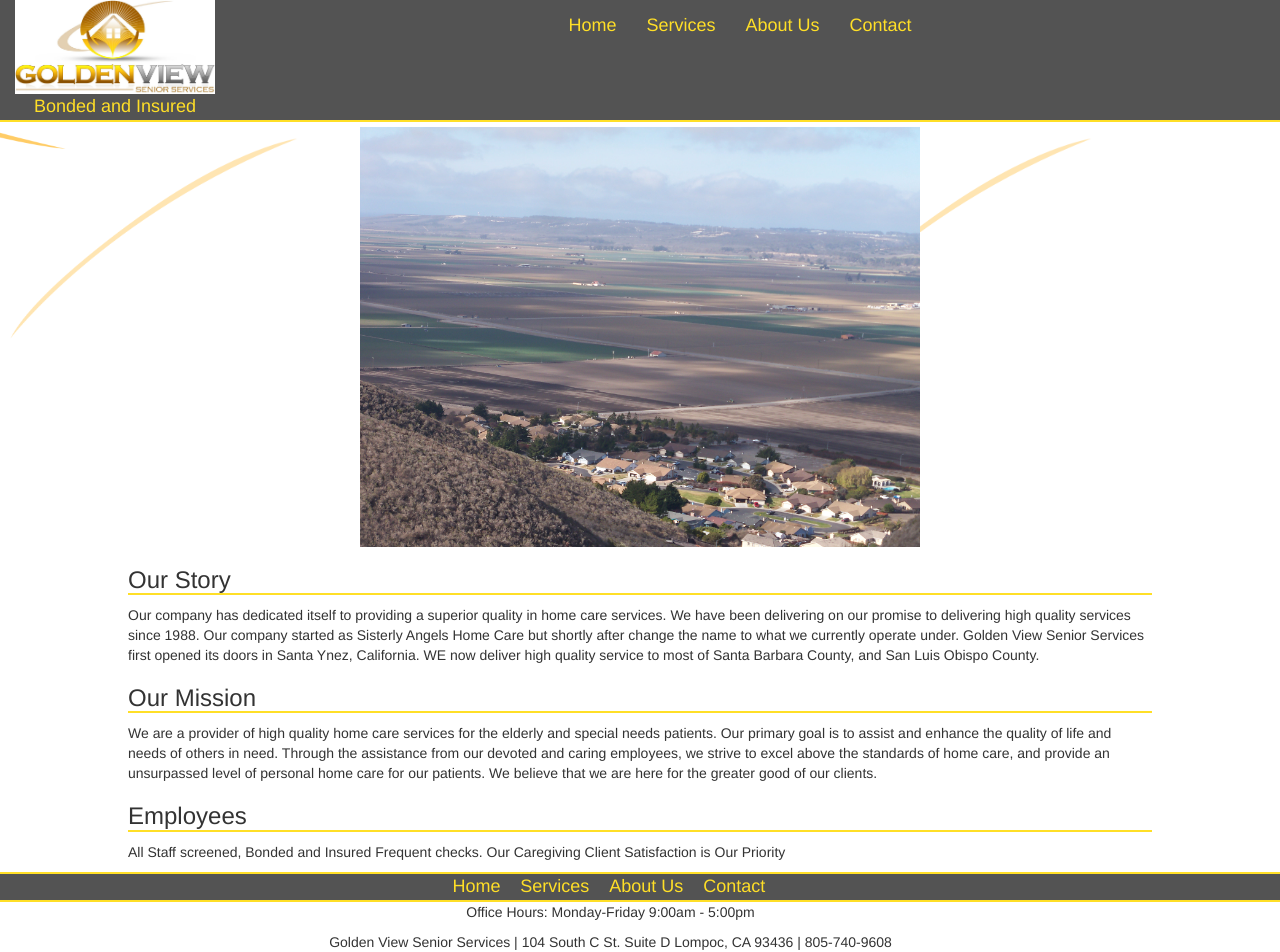
Repository: alprusa/GoldenViewWebsiteMockup
Page: GoldenViewWebsite/about/index.html
An editor plug-in stored every save of this project. The page is shown before and after the next save, followed by the edit.
The browser window is 1280 px wide. The pictures show the whole page.

Above is the page before, as saved 2017-07-29 22:37:08.

### GoldenViewWebsite/about/index.html
<!DOCTYPE html>
<html lang="en">
	<head>
		<meta charset="utf-8">

		<!-- Always force latest IE rendering engine (even in intranet) & Chrome Frame
		Remove this if you use the .htaccess -->
		<meta http-equiv="X-UA-Compatible" content="IE=edge,chrome=1">

		<title>About Us</title>
		<meta name="description" content="">
		<meta name="author" content="Alisa Prusa">

		<meta name="viewport" content="width=device-width; initial-scale=1.0">

		<!-- Replace favicon.ico & apple-touch-icon.png in the root of your domain and delete these references -->
		<link rel="shortcut icon" href="/favicon.ico">
		<link rel="apple-touch-icon" href="/apple-touch-icon.png">

		<link href="../defaultStyle.css" rel="stylesheet" type="text/css">
		<link rel="stylesheet" href="../bootstrap/css/bootstrap.min.css">

		<!--Style to set the swooshes background image-->
		<style>
			#aboutImg{
				padding-top: 5px;
				margin: 0 auto;
				float: center;
			}

			#SwooshDiv{
				margin: 0 auto;
				background-image: url("../img/SwooshesUpsideDown.svg");
				background-repeat: repeat-x;
			}
		</style>

		<!-- IE FIX -->

        <!--[if lt IE 9]>

			<script src="http://ajax.googleapis.com/ajax/libs/jquery/1.7.0/jquery.min.js"></script>
        	<script src="/js/html5shiv.js"></script>
      		<script src="/js/respond.js"></script>

        <![endif]-->

        <!-- END IE FIX -->
	</head>

	<body>
		<div id="mainNav">
			<!--Navbar html section-->
			<nav class="navbar navbar-static-top" role="navigation">
                <div class="container-fluid">

                    <div class="navbar-header">
                        <!--Logo image button to go make to main page-->
                        <a href="../">
                        	<img src="../img/goldenViewLogo.jpg" class="img-responsive" id="logo"/>
                        	<p style="text-align: center; margin: auto;">Bonded and Insured</p>
                        </a>

                        <!--Button that is created for menu when screen size reaches a certain limit-->
                        <button type="button" class="navbar-toggle" data-toggle="collapse" data-target=".navbar-collapse">
                            <span class="icon-bar"></span>
                            <span class="icon-bar"></span>
                            <span class="icon-bar"></span>
                        </button>
                    </div>

                    <!--Buttons to go to different pages of the website-->
                    <div class="collapse navbar-collapse" id="navItems">
                        <ul class="nav navbar-nav">
                            <li><a href="../">Home</a></li>
							<li><a href="../services/">Services</a></li>
							<li><a href="./">About Us</a></li>
							<li><a href="../contact/">Contact</a></li>
                        </ul>
                    </div>
                </div>
             </nav>

 			<!--Main text field-->
 			<div id="SwooshDiv">
 			<div id="containerText">
 				 <img src = "../img/Lompoc.JPG" width="560" height="140" alt="Lompoc" id="aboutImg" class="img-responsive">

	 			<!--Services text section 1-->
	 			<div>
	 				<h3>Our Story</h3>
	 				<p>Our company has dedicated itself to providing a superior quality in home care services. We have been
	 					delivering on our promise to delivering high quality services since 1988. Our company started as
	 					Sisterly Angels Home Care but shortly after change the name to what we currently operate under.
	 					Golden View Senior Services first opened its doors in Santa Ynez, California. WE now deliver high
	 					quality service to most of Santa Barbara County, and San Luis Obispo County.</p>
	 			</div>

	 			<!--Services text section 2-->
	 			<div>
	 				<h3>Our Mission</h3>
	 				<p>We are a provider of high quality home care services for the elderly and special needs patients. Our
	 					primary goal is to assist and enhance the quality of life and needs of others in need. Through the
	 					assistance from our devoted and caring employees, we strive to excel above the standards of home
	 					care, and provide an unsurpassed level of personal home care for our patients. We believe that we
	 					are here for the greater good of our clients.</p>
	 			</div>

	 			<!--Services text section 3-->
	 			<div>
	 				<h3>Employees</h3>
	 				<p>All Staff screened, Bonded and Insured Frequent checks. Our Caregiving Client Satisfaction is Our
	 					Priority</p>
	 			</div>
 			</div>
 			</div>

 			<!--Buttons to go to different pages of the website-->
            <div>
                <ul id="navFooter">
                    <li><a href="../">Home</a></li>
					<li><a href="../services/">Services</a></li>
					<li><a href="./">About Us</a></li>
					<li><a href="../contact/">Contact</a></li>
                </ul>
            </div>

			<!--Footer section-->
             <footer id="footer">
             	<p>Office Hours: Monday-Friday 9:00am - 5:00pm</p>
				<p>
					Golden View Senior Services | 104 South C St. Suite D Lompoc, CA 93436 | 805-740-9608
				</p>
			</footer>
        </div>

		<script src="../jquery-1.2.0.js"></script>
    	<script src="../bootstrap/js/bootstrap.min.js"></script>
	</body>
</html>

### GoldenViewWebsite/defaultStyle.css
body{
	color: white;
}

h3{
	border-bottom: 2px solid #ffdf27;
}

a{
	margin: 0 auto;
	font-size: 18px;
	color: #ffdf27 !important;
}

/*make it so the logo home page button does not have the hover effect that the other buttons have*/
a:hover,
a:focus{
    text-decoration: underline !important;
	color:#ffdf27 !important;
	text-decoration-color: #ffdf27 !important;
}

mark{
	background-color: #535353 !important;
	color: #ffdf27 !important;
}

/*navigation bar css content*/
nav{
	border-bottom: 2px #ffdf27 solid !important;
}

#mainNav{
    top: 1%;
    width: 100%;
    height: 50px;
    float:center;
}

.navbar{
    background-color: #535353 !important;
    text-align: center;
    float:center;
    color: #901389;
    margin: 0 auto !important;
}

.navbar .navbar-nav {
  display: inline-block;
  float: none;
  vertical-align: top;
}

.navbar .navbar-collapse {
  text-align: center;
}

.navbar .navbar-toggle .icon-bar{
  background-color: #ffdf27 !important;
}

.navbar .navbar-toggle{
  border-color: #ffdf27 !important;
}

/*content inside the navigation bar*/

#navItems a:hover,
#navItems a:focus{
    background-color: #535353 !important;
}

#logo{
	margin: 0 auto;
    width:200px;
}

#logoP{
	float:left;
	padding-top: 5px;
	padding-left: 5px;
}

#topInfo{
	float: right;
	text-align: center;
	margin: auto;
	color:black;
	padding: 40px;
	padding-bottom: 5px;
	font-size: 10px;
}

/*carousel css content8*/
.carousel-control{
    margin: 0 auto;
}

.carouselItems{
    margin: 0 auto;
    float:  center;
    width: 400px;
    height: 140px;
}

.carouselText{
	color: #ffdf27;
	border: none;
}

/*three column text*/
#columnData{
	margin: 0 auto;
    float:  center;
    width: 70%;
    margin-bottom: 5px;
}

.dataList{
	border-right: 2px #ffdf27 solid;
}

.spaceList{
	margin: 0 auto;
	padding-left: 3px;
	padding-right: 3px;
}

#containerText{
	margin: 0 auto;
	float:center;
	width: 80%;
}

.swoosh{
    position: absolute; /* Stay in place */
    z-index: -1000; /* Sit on bottom */
   	opacity: 0.7;
}

#cardImg{
	margin: auto;
	width: 600px;
	height: 300px;
	padding-right: 5%;
}

/*footer content*/
#footer{
	margin: 0 auto;
	background-color:#FFFFFF;
	text-align: center;
	padding-right: 5%;
	padding-left: 5px;
}

#navFooter{
	margin: 0 auto;
	background-color: #535353 !important;
	list-style-type: none;
	text-align: center;
	border-top: 2px #ffdf27 solid;
	border-bottom: 2px #ffdf27 solid;
	padding-right: 8%;
}

#navFooter li{
	margin: auto;
	display: inline;
	padding: 8px;
}

#logoBottom{
	margin: auto;
    width: 100px;
    border: 2px #ffdf27 solid;
}

#navUl{
	padding-left: 120px;
}

@media (max-width: 600px){
	.carouselItems{
		width: 200px;
    	height: 70px;
	}

	#navUl{
		padding-left:0px;
	}
}

@media (max-width: 400px){
	.swoosh{
	    width: 50%;
	    height: 50%;
	}


}

Loaded but not shown: GoldenViewWebsite/bootstrap/css/bootstrap.min.css (library); GoldenViewWebsite/jquery-1.2.0.js (library); GoldenViewWebsite/bootstrap/js/bootstrap.min.js (library)

After the next save:
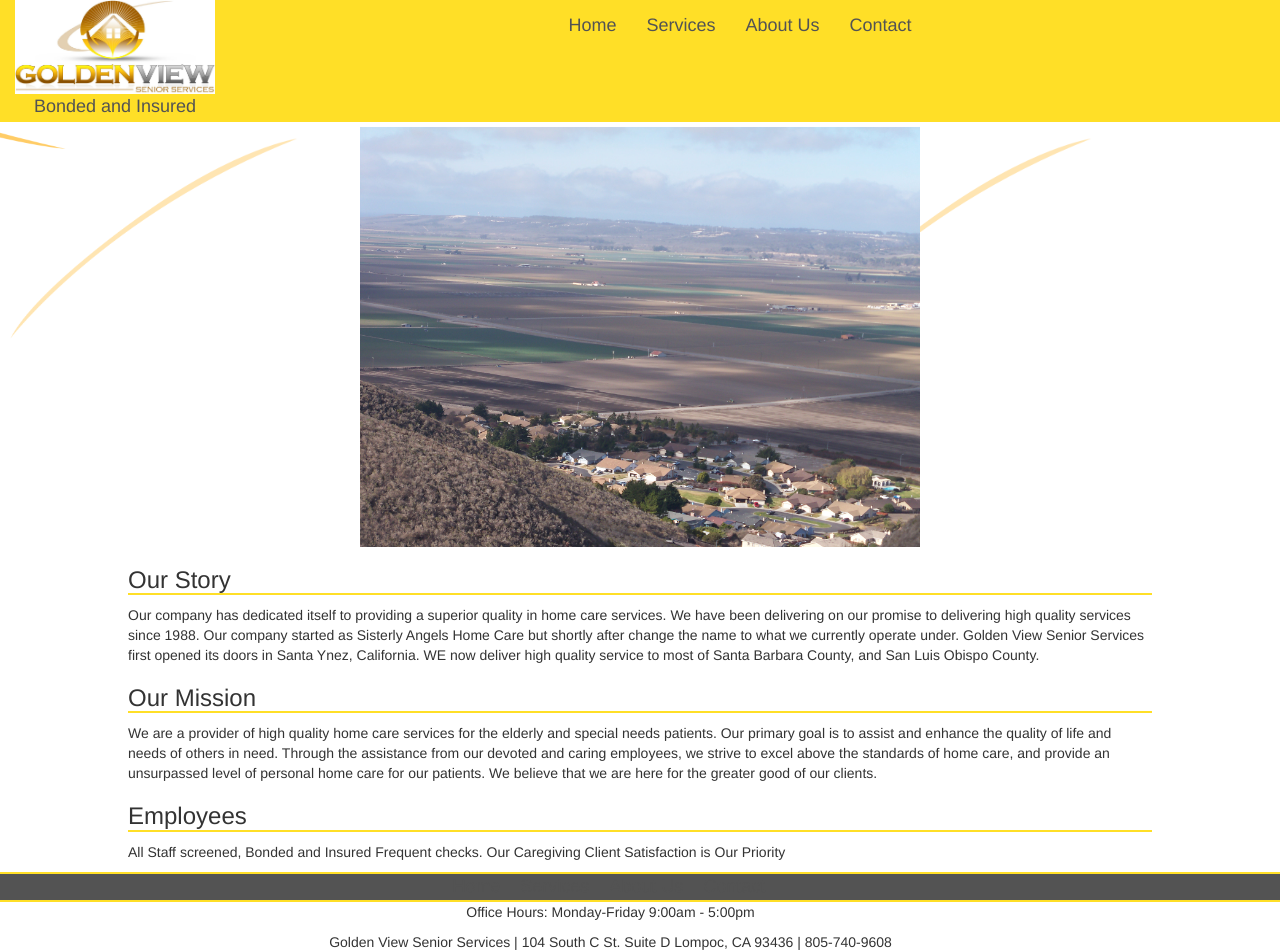
Saved 104 s later.
--- a/GoldenViewWebsite/defaultStyle.css
+++ b/GoldenViewWebsite/defaultStyle.css
@@ -9,15 +9,15 @@
 a{
 	margin: 0 auto;
 	font-size: 18px;
-	color: #ffdf27 !important;
+	color: #535353 !important;
 }
 
 /*make it so the logo home page button does not have the hover effect that the other buttons have*/
 a:hover,
 a:focus{
     text-decoration: underline !important;
-	color:#ffdf27 !important;
-	text-decoration-color: #ffdf27 !important;
+	color:#535353 !important;
+	text-decoration-color: #535353 !important;
 }
 
 mark{
@@ -38,7 +38,7 @@
 }
 
 .navbar{
-    background-color: #535353 !important;
+    background-color: #ffdf27 !important;
     text-align: center;
     float:center;
     color: #901389;
